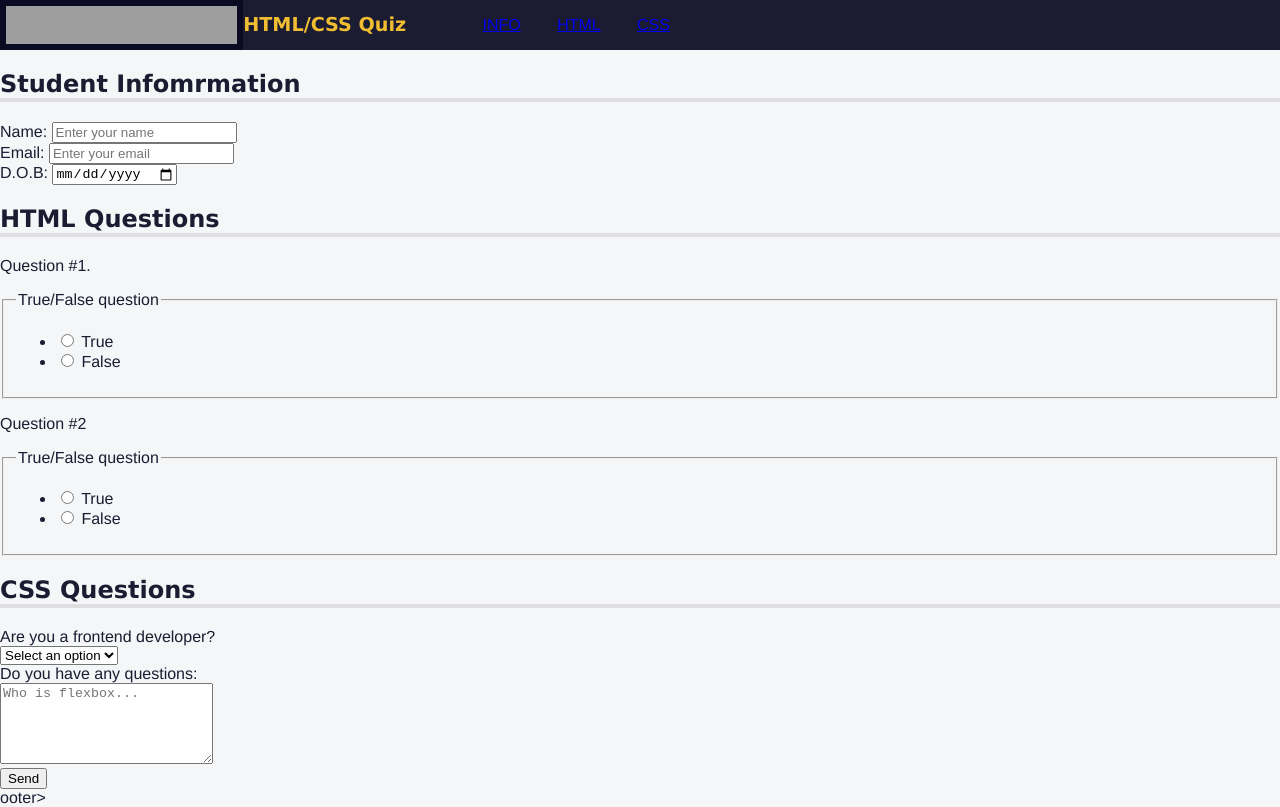
Repository: Lungdjos/accessibility_build_quiz
Page: index.html
The author's editor kept a copy of each file at every save. The page is drawn from the files as they stood at one save, then again after a run of saves.
The browser window is 1280 px wide. The pictures show the whole page.
Pictures or frames that could not be fetched are drawn as grey boxes.

Above is the page before, as saved 2023-10-28 18:00:01.

### index.html
<!DOCTYPE html>
<html lang="en">

<head>
    <meta charset="UTF-8">
    <meta name="viewport" content="width=device-width, initial-scale=1.0">
    <meta name="description" content="Accessibility">
    <title>HTML/CSS Test Quiz</title>
    <link rel="stylesheet" href="styles.css">
</head>

<body>
    <header>
        <img src="https://cdn.freecodecamp.org/platform/universal/fcc_primary.svg" alt="" id="logo">
        <h1>HTML/CSS Quiz</h1>
        <nav>
            <ul>
                <li>
                    <a href="#student-info">info</a></li>
                <li>
                    <a href="#html-questions">html</a></li>
                <li>
                    <a href="#css-questions">css</a></li>
            </ul>
        </nav>
    </header>
    <main>
        <form action="https://freecodecamp.org/practice-project/accessibility-quiz" method="post">
            <section role="region" aria-labelledby="student-info">
                <h2 id="student-info">Student Infomrmation</h2>
                <div class="info">
                    <label for="student-name">
                        Name:
                    </label><input type="text" name="name" id="student-name" placeholder="Enter your name">
                </div>
                <div class="info">
                    <label for="student-email">
                        Email:
                    </label><input type="email" name="email" id="student-email" placeholder="Enter your email">
                </div>
                <div class="info">
                    <label for="birth-date">
                        D.O.B:<span class="sr-only">(Date of Birth)</span>
                    </label><input type="date" name="dob" id="birth-date">
                </div>
            </section>

            <section role="region" aria-labelledby="html-questions">
                <h2 id="html-questions">HTML Questions</h2>
                <div class="question-block">
                    <p>1.</p>
                    <fieldset name="first-question" class="question">
                        <legend>True/False question</legend>
                        <ul class="answers-list">
                            <li>
                                <label for="q1-a1">
                                    <input type="radio" value="true" name="q1-answ" id="q1-a1"> True
                                </label>
                            </li>
                            <li>
                                <label for="q1-a2">
                                    <input type="radio" value="false" name="q1-answ" id="q1-a2"> False
                                </label>
                            </li>
                        </ul>
                    </fieldset>
                </div>
                <div class="question-block">
                    <p>2</p>
                    <fieldset name="second-question" class="question">
                        <legend>True/False question</legend>
                        <ul class="answers-list">
                            <li>
                                <label for="q2-a1">
                                    <input type="radio" value="true" name="q2-answ" id="q2-a1"> True
                                </label>
                            </li>
                            <li>
                                <label for="q2-a2">
                                    <input type="radio" value="false" name="q2-answ" id="q2-a2"> False
                                </label>
                            </li>
                        </ul>
                    </fieldset>
                </div>
            </section>

            <section role="region" aria-labelledby="css-questions">
                <h2 id="css-questions">CSS Questions</h2>
                <div class="formrow">
                    <div class="question-block">
                        <label for="customer">Are you a frontend developer?</label>
                    </div>
                    <div class="answer">
                        <select name="customer" id="customer" required>
                            <option value="">Select an option</option>
                            <option value="yes">Yes</option>
                            <option value="no">No</option>
                        </select>
                    </div>

                    <div class="question-block">
                        <label for="css-questions">Do you have any questions:</label>
                    </div>
                    <div class="answer">
                        <textarea name="css-questions" id="css-questions" rows="5" cols="24" placeholder="Who is flexbox..."></textarea>
                    </div>
                </div>
            </section>
            <button type="submit">Send</button>
        </form>
    </main>
    <footer>
        <address>

        </address>
    </footer>
</body>

</html>ooter>
</body>

</html>

### styles.css
body {
    background: #f5f6f7;
    color: #1b1b32;
    font-family: Helvetica;
    margin: 0;
}

header {
    width: 100%;
    height: 50px;
    background-color: #1b1b32;
    display: flex;
}

#logo {
    width: max(100px, 18vw);
    background-color: #0a0a23;
    aspect-ratio: 35 / 4;
    padding: 0.4rem;
}

h1 {
    color: #f1be32;
    font-size: min(5vw, 1.2em);
}

nav {
    width: 50%;
    max-width: 300px;
    height: 50px;
}

nav>ul {
    display: flex;
    justify-content: space-evenly;
    text-transform: uppercase;
}

h1,
h2 {
    font-family: Verdana, Tahoma;
}

h2 {
    border-bottom: 4px solid #dfdfe2;
}

.sr-only {
    position: absolute;
    width: 1px;
    height: 1px;
    padding: 0;
    margin: -1px;
    overflow: hidden;
    clip: rect(0, 0, 0, 0);
    white-space: nowrap;
    border: 0;
}

p::before {
    content: "Question #";
}

After the next 3 saves:
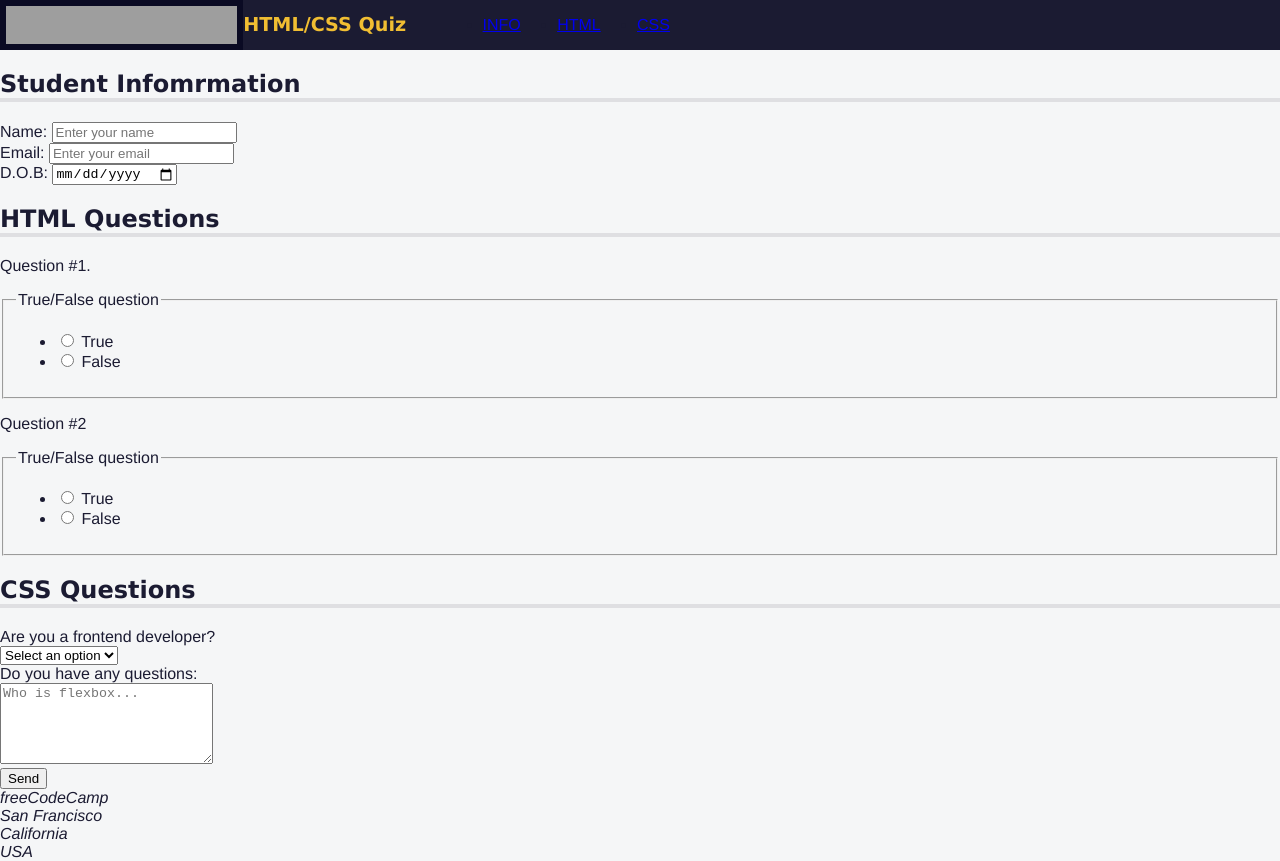
The 3 saves are shown as one change because they came seconds apart.
The last was saved 11 s later.
--- a/index.html
+++ b/index.html
@@ -112,12 +112,12 @@
     </main>
     <footer>
         <address>
-
+            freeCodeCamp<br />
+San Francisco<br/>
+California<br/>
+USA
         </address>
     </footer>
 </body>
 
-</html>ooter>
-</body>
-
 </html>
